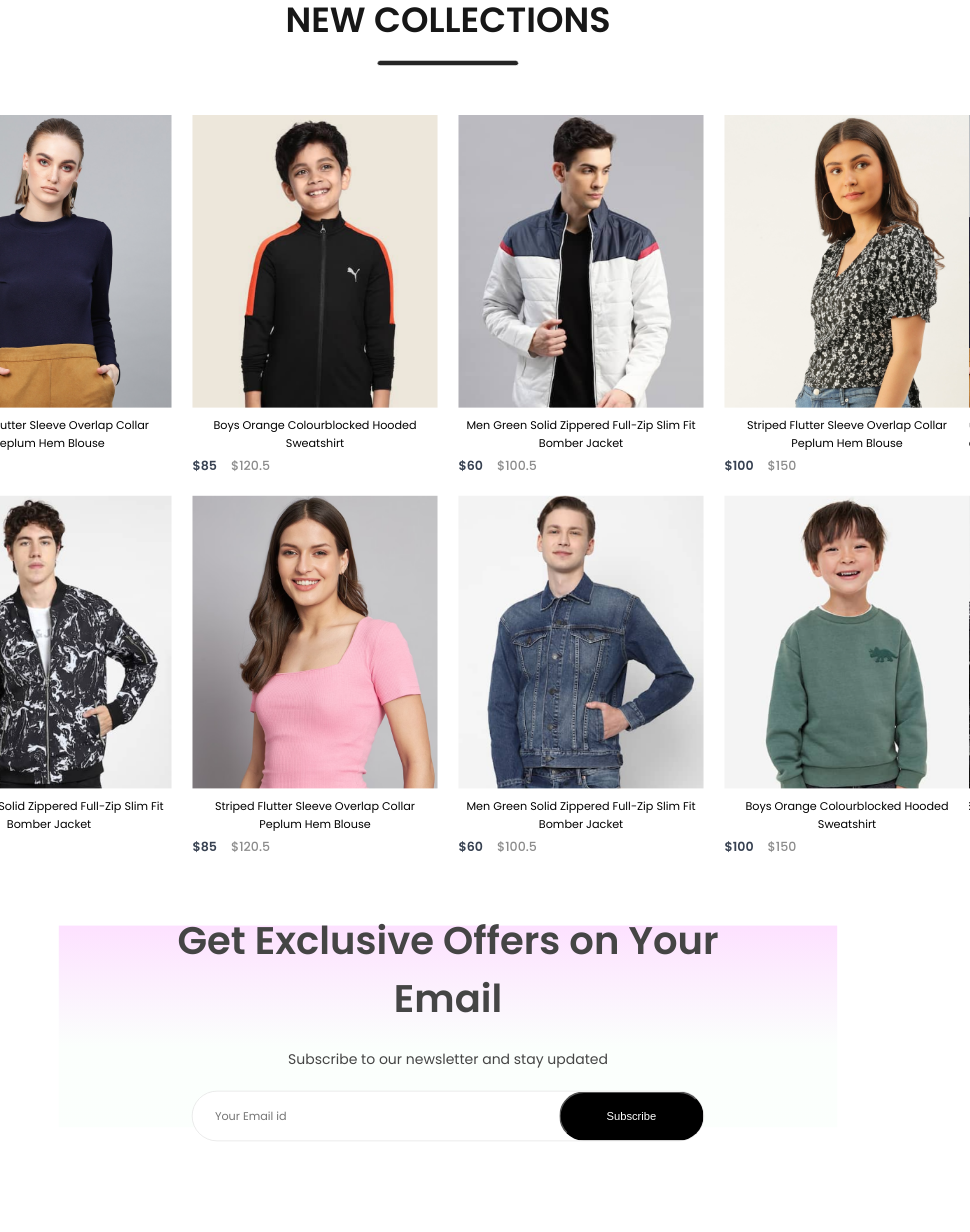
Repository: saritha55/EcommerceReactJs
Page: /
The author's editor kept a copy of each file at every save. The page is drawn from the files as they stood at one save, then again after the next save.
The browser window is 1280 px wide. The page is 1385 px wide, so the pictures cover 1385 px, including what lies to the right of the window. The pictures show the part of the page from y = 2056 to 3816 px (the page is 3816 px tall), at 70% of full size.
The project was rebuilt for these pictures with package versions that can differ from the ones it lists, and the page was loaded fresh each time. Also part of the build but not shown: src/Pages/ShopCategory.jsx, src/Pages/Product.jsx, src/Pages/Cart.jsx, src/Pages/LoginSignup.jsx.

Above is the page before, as saved 2024-12-02 17:33:08.

### public/index.html
<!DOCTYPE html>
<html lang="en">
  <head>
    <meta charset="utf-8" />
    <link rel="icon" href="%PUBLIC_URL%/favicon.ico" />
    <meta name="viewport" content="width=device-width, initial-scale=1" />
    <meta name="theme-color" content="#000000" />
    <meta
      name="description"
      content="Web site created using create-react-app"
    />
    <link rel="apple-touch-icon" href="%PUBLIC_URL%/logo192.png" />
    <!--
      manifest.json provides metadata used when your web app is installed on a
      user's mobile device or desktop. See https://developers.google.com/web/fundamentals/web-app-manifest/
    -->
    <link rel="manifest" href="%PUBLIC_URL%/manifest.json" />

    <link rel="preconnect" href="https://fonts.googleapis.com">
    <link rel="preconnect" href="https://fonts.gstatic.com" crossorigin>
    <link href="https://fonts.googleapis.com/css2?family=Poppins:ital,wght@0,100;0,200;0,300;0,400;0,500;0,600;0,700;0,800;0,900;1,100;1,200;1,300;1,400;1,500;1,600;1,700;1,800;1,900&display=swap" rel="stylesheet">
    <!--
      Notice the use of %PUBLIC_URL% in the tags above.
      It will be replaced with the URL of the `public` folder during the build.
      Only files inside the `public` folder can be referenced from the HTML.

      Unlike "/favicon.ico" or "favicon.ico", "%PUBLIC_URL%/favicon.ico" will
      work correctly both with client-side routing and a non-root public URL.
      Learn how to configure a non-root public URL by running `npm run build`.
    -->
    <title>E-commerce</title>
  </head>
  <body>
    <noscript>You need to enable JavaScript to run this app.</noscript>
    <div id="root"></div>
    <!--
      This HTML file is a template.
      If you open it directly in the browser, you will see an empty page.

      You can add webfonts, meta tags, or analytics to this file.
      The build step will place the bundled scripts into the <body> tag.

      To begin the development, run `npm start` or `yarn start`.
      To create a production bundle, use `npm run build` or `yarn build`.
    -->
  </body>
</html>

### src/App.js
import './App.css';
import Navbar from './Components/Navbar/Navbar';
import { BrowserRouter, Routes,Route } from 'react-router-dom';
import Shop from './Pages/Shop';
import ShopCategory
 from './Pages/ShopCategory';
import Product from './Pages/Product';
import Cart from './Pages/Cart';
import LoginSignup from './Pages/LoginSignup';

function App() {
  return (
    <div className="App">
      <BrowserRouter>
      <Navbar />
      <Routes>
        <Route path ='/' element={<Shop/>} />
        <Route path ='/mens' element={<ShopCategory category="men"/>} />
        <Route path ='/womens' element={<ShopCategory category="women"/>} />
        <Route path ='/kids' element={<ShopCategory category="kid"/>} />
        <Route path="product" element={<Product/>}>
            <Route path=':productId' element={<Product/>} />
        </Route>
        <Route path ='/cart' element={<Cart/>} />
        <Route path ='/login' element={<LoginSignup/>} />

      </Routes>
      </BrowserRouter>
    </div>
  );
}

export default App;

### src/Components/Navbar/Navbar.jsx
import React from 'react'
import { useState } from 'react'
import './Navbar.css'
import logo from '../Assets/logo.png'
import cart_icon from '../Assets/cart_icon.png'
import { Link } from 'react-router-dom'

const Navbar = () => {

    const [menu,setMenu] = useState("shop");

  return (
    <div className='navbar'>
      <div className="nav-logo">
        <img src={logo} alt="" />
        <p>SHOPPER</p>
      </div>
      <ul className="nav-menu">
        <li onClick={()=>{setMenu("shop")}} > <Link  style={{ textDecoration: 'none'}} to='/'>Shop</Link> {menu==="shop"?<hr/>:<></>} </li>
        <li onClick={()=>{setMenu("mens")}}><Link style={{ textDecoration: 'none'}} to='/mens'>Men </Link>{menu==="mens"?<hr/>:<></>}</li>
        <li onClick={()=>{setMenu("womens")}}><Link style={{ textDecoration: 'none'}} to='/womens'>Women </Link> {menu==="womens"?<hr/>:<></>}</li>
        <li onClick={()=>{setMenu("kids")}}> <Link style={{ textDecoration: 'none'}} to='/kids'>Kids</Link> {menu==="kids"?<hr/>:<></>}</li>
      </ul>
      <div className="nav-login-cart">
        <Link to='/login'><button>Login</button></Link>
        <Link to='/cart'><img src={cart_icon} alt="" /></Link>
        <div className="nav-cart-count">0</div>
      </div>
    </div>
  )
}

export default Navbar

### src/Components/Navbar/Navbar.css
.navbar{
    display: flex;
    justify-content: space-around;
    padding: 16px;
    box-shadow: 0 1px 3px -2px black;
}

.nav-logo{
    display: flex;
    align-items: center;
    gap: 10px;
}
.nav-logo p{
    color: #171717;
    font-size: 38px;
    font-weight: 600;
}
.nav-menu{
    display: flex;
    align-items: center;
    list-style: none;
    gap: 50px;
    color: #626262;
    font-size: 20px;
    font-weight: 500;
}
.nav-menu li{
    display: flex;
    flex-direction: column;
    align-items: center;
    gap: 3px;
    cursor: pointer;
}
.nav-menu hr{
    border: none;
    width: 80%;
    height: 3px;
    border-radius: 10px;
    background: #ff4141;
}
.nav-login-cart{
    display: flex;
    align-items: center;
    gap: 45px;
}
.nav-login-cart button{
    width: 157px;
    height: 58px;
    outline: none;
    border: 1px solid #7a7a7a;
    border-radius: 75px;
    color: #515151;
    font-size: 20px;
    font-weight: 500;
    background: white;
    cursor: pointer;

}
.nav-login-cart button:active{
    background: #f3f3f3;
}
.nav-cart-count{
    width: 22px;
    height: 22px;
    display: flex;
    justify-content: center;
    align-items: center;
    margin-top: -35px;
    margin-left: -55px;
    border-radius: 11px;
    font-size: 14px;
    background: red;
    color: white;
}

### src/Components/Hero/Hero.jsx
import React from 'react'
import './Hero.css'
import hand_icon from '../Assets/hand_icon.png'
import arrow_icon from '../Assets/arrow.png'
import hero_image from '../Assets/hero_image.png'

const Hero = () => {
  return (
    <div className='hero'>
      <div className="hero-left">
        <h2>New ARRIVALS ONLY</h2>
        <div>
            <div className="hero-hand-icon">
                <p>new</p>
                <img src={hand_icon} alt="" />
            </div>
            <p>Collections</p>
            <p>for everyone</p>
        </div>
        <div className="hero-latest-btn">
            <div>Latest Collection</div>
            <img src={arrow_icon} alt="" />
        </div>
      </div>
      <div className="hero-right">
        <img src={hero_image} alt="" />

      </div>
    </div>
  )
}

export default Hero

### src/Components/Popular/Popular.jsx
import React from 'react'
import './Popular.css'
import data_product from '../Assets/data'
import Item from '../Item/Item'


const Popular = () => {
  return (
    <div className='popular'>
      <h1>POPULAR IN WOMEN</h1>
      <hr />
      <div className="popular-item">
        {data_product.map((item,i)=>{
            return <Item key={i} id={item.id} name={item.name} image={item.image} new_price={item.new_price} old_price={item.old_price} />
        })}
      </div>
    </div>
  )
}

export default Popular

### src/Components/Offers/Offers.jsx
import React from 'react'
import './Offers.css'
import exclusive_image from '../Assets/exclusive_image.png'

const Offers = () => {
  return (
    <div className='offers'>
      <div className="offers-left">
        <h1>Exclusive</h1>
        <h1>Offers For You</h1>
        <p>ONLY ON BEST SELLERS PRODUCTS</p>
        <button>Check Now</button>
      </div>
      <div className="offers-right">
            <img src={exclusive_image} alt="" />
      </div>
    </div>
  )
}

export default Offers

### src/Components/NewCollections/NewCollections.jsx
import React from 'react'
import './NewCollections.css'
import new_collection from '../Assets/new_collections'
import Item from '../Item/Item'

const NewCollections = () => {
  return (
    <div className='newcollections'>
      <h1>NEW COLLECTIONS</h1>
      <hr />
      <div className="collections">
      {new_collection.map((item,i)=>{
            return <Item key={i} id={item.id} name={item.name} image={item.image} new_price={item.new_price} old_price={item.old_price} />
        })}
      </div>
    </div>
  )
}

export default NewCollections

### src/Components/NewsLetter/NewsLetter.jsx
import React from 'react'
import './NewsLetter.css'

const NewsLetter = () => {
  return (
    <div className='newsletter'>
      <h1>Get Exclusive Offers on Your Email</h1>
      <p>Subscribe to our newsletter and stay updated</p>
      <div>
        <input type="email" placeholder='Your Email id' />
        <button>Subscribe</button>

      </div>
    </div>
  )
}

export default NewsLetter

### src/Components/Hero/Hero.css
.hero{
    height: 100vh;
    background: linear-gradient(180deg, #fde1ff, #e1ffea22 60%);
    display: flex;

}
.hero-left{
    flex: 1;
    display: flex;
    flex-direction: column;
    justify-content: center;
    gap: 20px;
    padding-left: 180px;
    line-height: 1.1;

}
.hero-left h2{
    color: #090909;
    font-size: 26px;
    font-weight: 600;
}
.hero-left p{
    color: #171717;
    font-size: 45px;
    font-weight: 700;
}
.hero-hand-icon{
   display: flex;
   align-items: center;
   gap: 20px;
}
.hero-hand-icon img{
    width: 105px;
}
.hero-latest-btn{
    display: flex;
    justify-content: center;
    align-items: center;
    gap: 15px;
    width: 310px;
    height: 70px;
    border-radius: 75px;
    margin-top: 30px;
    background: #ff4141;
    color: white;
    font-size: 22px;
    font-weight: 500;

}
.hero-right{
    flex: 1;
    display: flex;
    align-items: center;
    justify-content: center;
}
.hero-right img{
    width: 80%;

}

### src/Components/Popular/Popular.css
.popular{
    display: flex;
    flex-direction: column;
    align-items: center;
    gap: 10px;
    height: 90vh;
}

.popular h1{
    color: #171717;
    font-size: 50px;
    font-weight: 600;
}
.popular hr{
    width: 200px;
    height: 6px;
    border-radius: 10px;
    background: #252525;
}

.popular-item{
    margin-top: 50px;
    display: flex;
    gap: 30px;
}

### src/Components/Assets/data.js
import p1_img from './product_1.png'
import p2_img from './product_2.png'
import p3_img from './product_3.png'
import p4_img from './product_4.png'

let data_product = [
  {
    id:1,
    name:"Striped Flutter Sleeve Overlap Collar Peplum Hem Blouse",
    image:p1_img,
    new_price:50.00,
    old_price:80.50,
  },
  {id:2,
    name:"Striped Flutter Sleeve Overlap Collar Peplum Hem Blouse",
    image:p2_img,
    new_price:85.00,
    old_price:120.50,
  },
  {id:3,
    name:"Striped Flutter Sleeve Overlap Collar Peplum Hem Blouse",
    image:p3_img,
    new_price:60.00,
    old_price:100.50,
  },
  {id:4,
    name:"Striped Flutter Sleeve Overlap Collar Peplum Hem Blouse",
    image:p4_img,
    new_price:100.00,
    old_price:150.00,
  },
];

export default data_product;

### src/Components/Item/Item.jsx
import React from 'react'
import './Item.css'

const Item = (props) => {
  return (
    <div className='item'>
        <img src={props.image} alt="" />
        <p>{props.name}</p>
        <div className="item-prices">
            <div className="item-price-new">
                ${props.new_price}
            </div>
            <div className="item-price-old">
                ${props.old_price}
            </div>

        </div>

    </div>
  )
}

export default Item

### src/Components/Offers/Offers.css
.offers{
    width: 65%;
    height: 60vh;
    display: flex;
    margin: auto;
    padding: 0px 140px;
    margin-bottom: 150px;
    background: linear-gradient(180deg, #fde1ff 0%,#e1ffea22 60%);

}
.offers-left{
    flex: 1;
    display: flex;
    flex-direction: column;
    justify-content: center;
}
.offers-left h1{
    color: #171717;
    font-size: 80px;
    font-weight: 600;
}
.offers-left p{
    color: #171717;
    font-size: 22px;
    font-weight: 600;
}
.offers-left button{
    width: 282px;
    height: 70px;
    border-radius: 35px;
    background: #ff4141;
    border: none;
    color: white;
    font-size: 22px;
    font-weight: 500;
    margin-top: 30px;
    cursor: pointer;

}
.offers-right{
    flex: 1;
    display: flex;
    align-items: center;
    justify-content: flex-end;
    padding-top: 50px;
}

### src/Components/NewCollections/NewCollections.css
.newcollections{
    display: flex;
    flex-direction: column;
    align-items: center;
    gap: 20px;
    margin-bottom: 100px;
}

.newcollections h1{
    color: #171717;
    font-size: 50px;
    font-weight: 600;
}
.newcollections hr{
    width: 200px;
    height: 6px;
    border-radius: 10px;
    background: #252525;
}

.collections{
    display: grid;
    grid-template-columns: 1fr 1fr 1fr 1fr;
    margin-top: 50px;
    gap: 30px;
}

### src/Components/Assets/new_collections.js
import p1_img from "./product_12.png";
import p2_img from "./product_35.png";
import p3_img from "./product_14.png";
import p4_img from "./product_8.png";
import p5_img from "./product_15.png";
import p6_img from "./product_2.png";
import p7_img from "./product_17.png";
import p8_img from "./product_28.png";

let new_collections = [
  {
    id: 12,
    name: "Striped Flutter Sleeve Overlap Collar Peplum Hem Blouse",
    image: p1_img,
    new_price: 50.0,
    old_price: 80.5,
  },
  {
    id: 35,
    name: "Boys Orange Colourblocked Hooded Sweatshirt",
    image: p2_img,
    new_price: 85.0,
    old_price: 120.5,
  },
  {
    id: 14,
    name: "Men Green Solid Zippered Full-Zip Slim Fit Bomber Jacket",
    image: p3_img,
    new_price: 60.0,
    old_price: 100.5,
  },
  {
    id: 8,
    name: "Striped Flutter Sleeve Overlap Collar Peplum Hem Blouse",
    image: p4_img,
    new_price: 100.0,
    old_price: 150.0,
  },
  {
    id: 15,
    name: "Men Green Solid Zippered Full-Zip Slim Fit Bomber Jacket",
    image: p5_img,
    new_price: 50.0,
    old_price: 80.5,
  },
  {
    id: 2,
    name: "Striped Flutter Sleeve Overlap Collar Peplum Hem Blouse",
    image: p6_img,
    new_price: 85.0,
    old_price: 120.5,
  },
  {
    id: 17,
    name: "Men Green Solid Zippered Full-Zip Slim Fit Bomber Jacket",
    image: p7_img,
    new_price: 60.0,
    old_price: 100.5,
  },
  {
    id: 28,
    name: "Boys Orange Colourblocked Hooded Sweatshirt",
    image: p8_img,
    new_price: 100.0,
    old_price: 150.0,
  },
];

export default new_collections;

### src/Components/NewsLetter/NewsLetter.css
.newsletter{
    width: 65%;
    height: 40vh;
    display: flex;
    flex-direction: column;
    align-items: center;
    justify-content: center;
    margin: auto;
    padding: 0px 140px;
    margin-bottom: 150px;
    background: linear-gradient(180deg, #fde1ff 0%,
    #e1ffea22 60%);
    gap: 30px;
    margin-top: 20px;

}

.newsletter h1{
    color: #454545;
    font-size: 55px;
    font-weight: 600;
}

.newsletter p{
    color: #454545;
    font-size: 20px;
}

.newsletter div{
    display: flex;
    align-items: center;
    justify-content: space-between;
    background: white;
    width: 730px;
    height: 70px;
    border-radius: 80px;
    border: 1px solid #e3e3e3;

}
.newsletter input{
    width: 500px;
    margin-left: 30px;
    border: none;
    outline: none;
    color: #616161;
    font-family: 'poppins';
    font-size: 16px;
}

.newsletter div button{
    width: 210px;
    height: 70px;
    border-radius: 80px;
    background: black;
    color: white;
    font-size: 16px;
    cursor: pointer;
}

### src/Components/Item/Item.css
.item{
    width: 350px;
}

.item p{
    margin: 6px 0px;

}

.item-prices{
    display: flex;
    gap: 20px;
}
.item-price-new{
    color: #374151;
    font-size: 18px;
    font-weight: 600;
}
.item-price-old{
    color: #8c8c8c;
    font-size: 18px;
    font-weight: 500;
}

Loaded but not shown: src/index.js (common file); src/index.css (common file); src/reportWebVitals.js (common file); src/App.css (common file); src/Pages/Shop.jsx (common file)

After the next save:
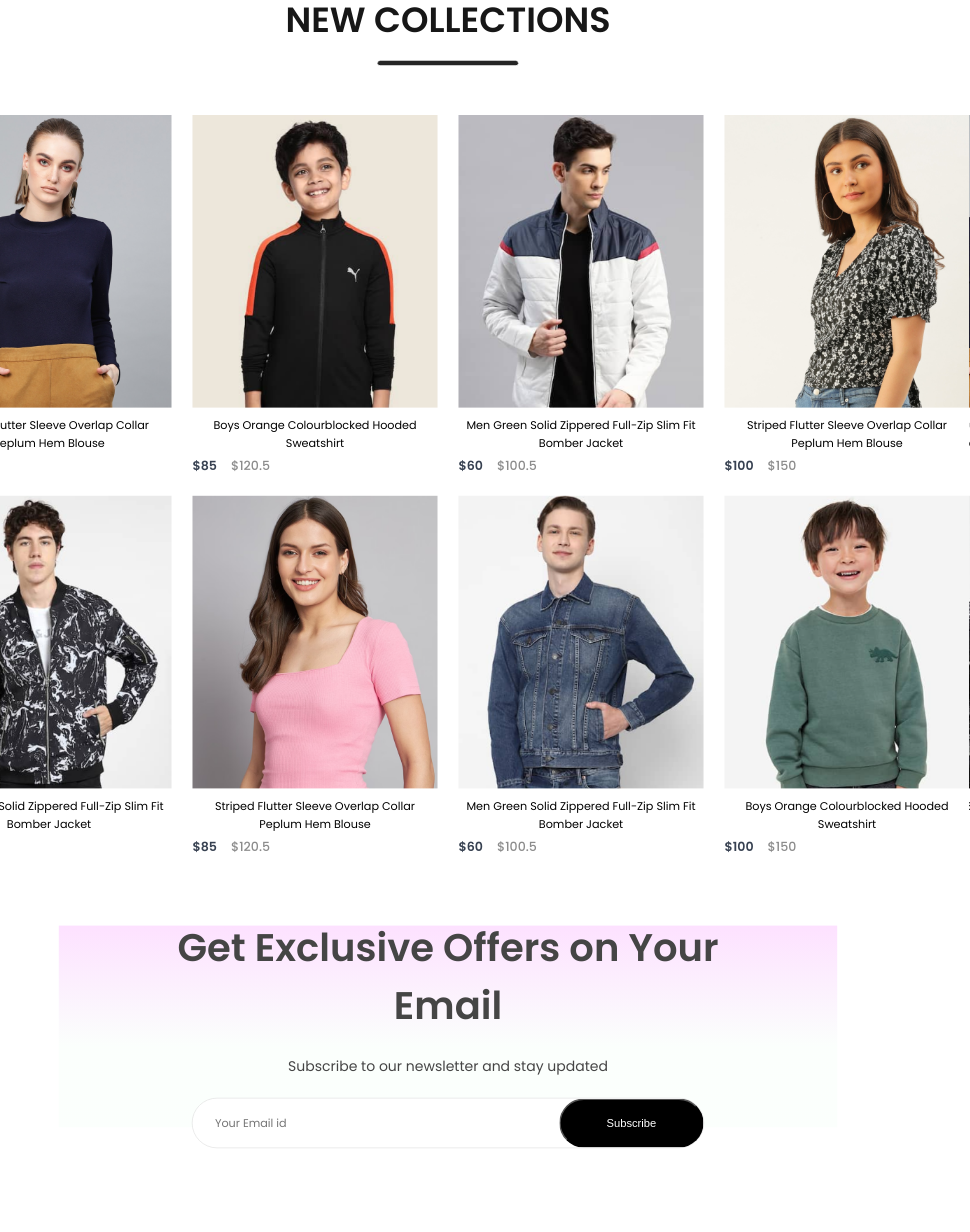
Saved 44 s later.
--- a/src/Components/NewsLetter/NewsLetter.css
+++ b/src/Components/NewsLetter/NewsLetter.css
@@ -11,7 +11,6 @@
     background: linear-gradient(180deg, #fde1ff 0%,
     #e1ffea22 60%);
     gap: 30px;
-    margin-top: 20px;
 
 }
 
@@ -19,6 +18,8 @@
     color: #454545;
     font-size: 55px;
     font-weight: 600;
+    margin-top: 20px;
+
 }
 
 .newsletter p{
